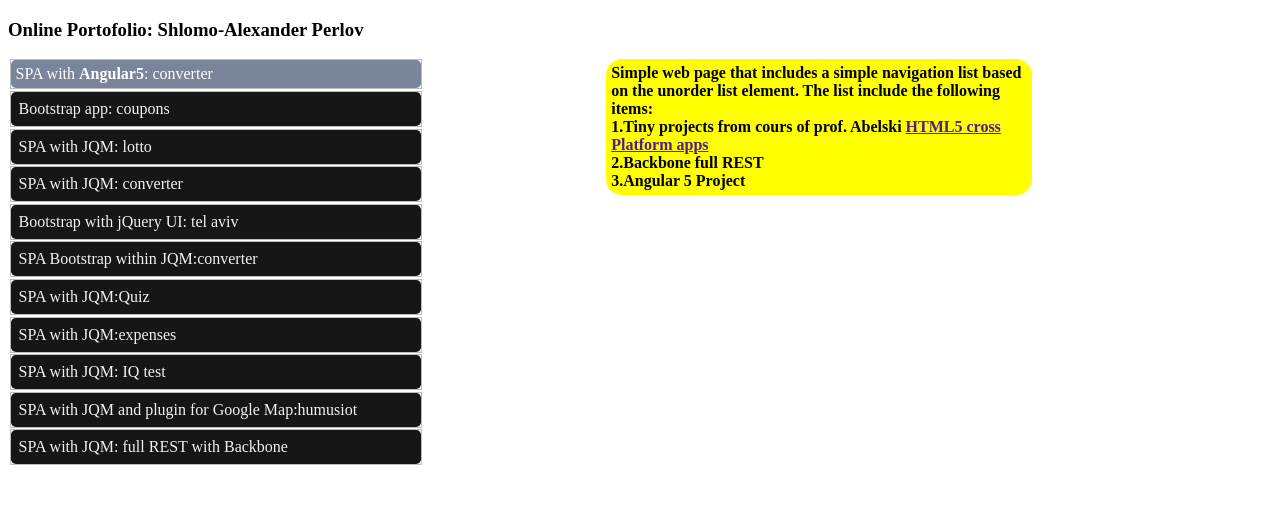
Repository: perlov3301/nav
Page: public/fver/a18h.html
The author's editor kept a record of every edit. The page is drawn from the files as they stood at one moment, then again after the next edit.
The browser window is 1280 px wide. The pictures show the whole page.
The pointer rests on the first visible `.navigation>li>a`.

Above is the page before.

After the next edit:
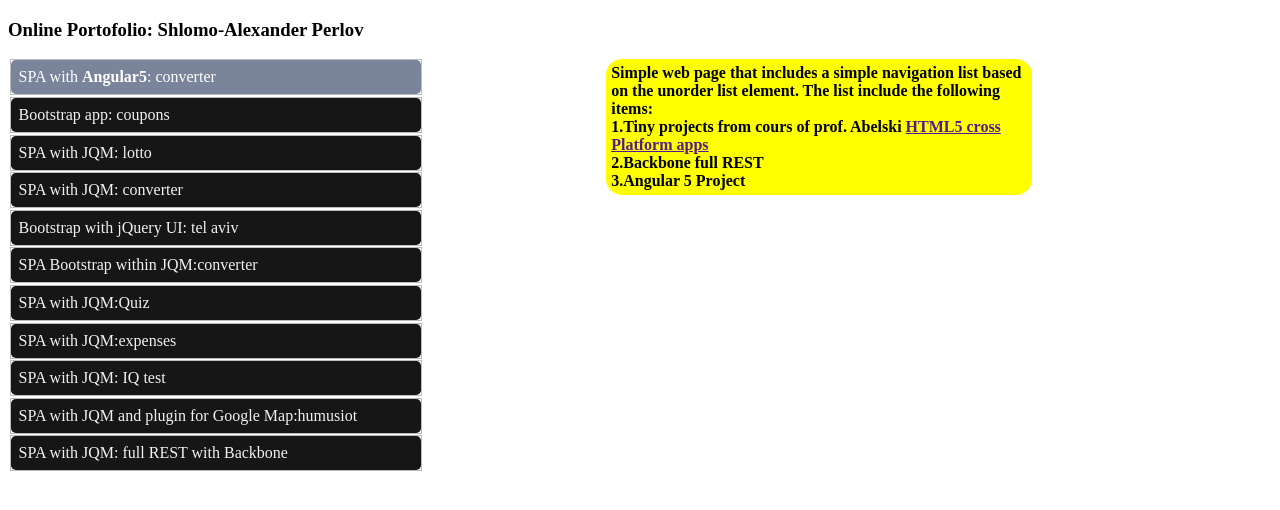
The edit:
--- a/public/fver/a18c.css
+++ b/public/fver/a18c.css
@@ -82,7 +82,7 @@
 {
  background-color: rgb(122,132,154);
  color: rgb(255,255,255);
- padding: 5px;
+ padding: 0.5em;
  display: block;
 }
 div.ascroll
